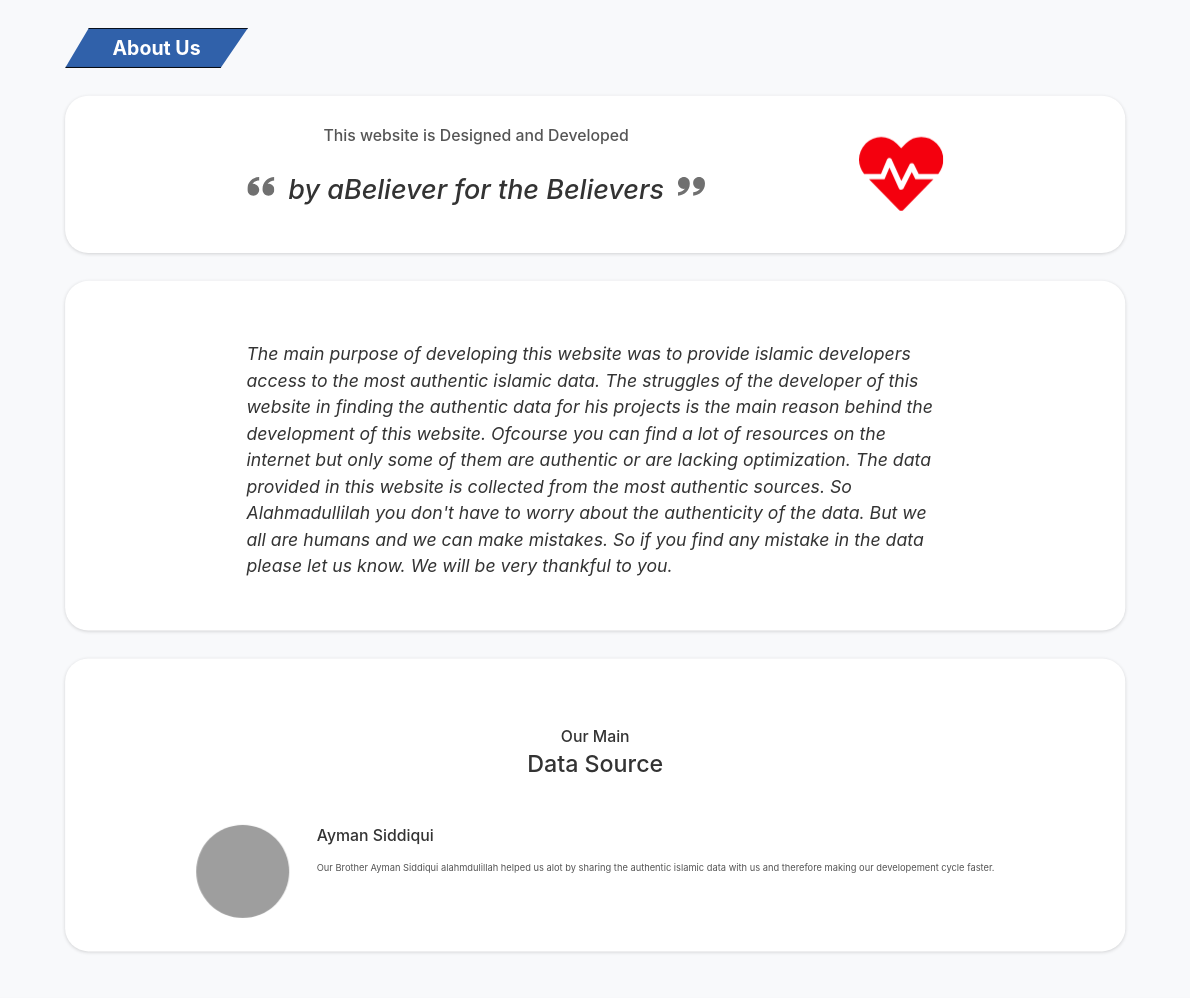
Repository: SpicierEwe/islamic-dev-repo
Page: /legal/about_us
The author's editor kept a copy of each file at every save. The page is drawn from the files as they stood at one save, then again after the next save.
The browser window is 1280 px wide. The pictures show the whole page, at 93% of full size.
Pictures or frames that could not be fetched are drawn as grey boxes. The project was rebuilt for these pictures with package versions that can differ from the ones it lists, and the page was loaded fresh each time. The framework's server and built-in components were replaced by stand-ins that run in the browser. Also part of the build but not shown: next.config.js.

Above is the page before, as saved 2022-09-16 20:20:50.

### pages/_app.js
import "../styles/globals.css";
import { DataContextProvider } from "../store/data_context";

function MyApp({ Component, pageProps }) {
  return (
    <DataContextProvider>
      <Component {...pageProps} />
    </DataContextProvider>
  );
}

export default MyApp;

### pages/legal/about_us.js
import AboutUs from "../../components/legal/about_us/about_us";

export default function Legal() {
  return (
    <div>
      <AboutUs></AboutUs>
    </div>
  );
}

### styles/globals.css
html,
body,
div,
span,
applet,
object,
iframe,
h1,
h2,
h3,
h4,
h5,
h6,
p,
blockquote,
pre,
a,
abbr,
acronym,
address,
big,
cite,
code,
del,
dfn,
em,
img,
ins,
kbd,
q,
s,
samp,
small,
strike,
strong,
sub,
sup,
tt,
var,
b,
u,
i,
center,
dl,
dt,
dd,
ol,
ul,
li,
fieldset,
form,
label,
legend,
table,
caption,
tbody,
tfoot,
thead,
tr,
th,
td,
article,
aside,
canvas,
details,
embed,
figure,
figcaption,
footer,
header,
hgroup,
menu,
nav,
output,
ruby,
section,
summary,
time,
mark,
audio,
video {
  margin: 0;
  padding: 0;
  border: 0;
  vertical-align: baseline;
}
/* HTML5 display-role reset for older browsers */
article,
aside,
details,
figcaption,
figure,
footer,
header,
hgroup,
menu,
nav,
section {
  display: block;
}
body {
  line-height: 1;
}
ol,
ul {
  list-style: none;
}
blockquote,
q {
  quotes: none;
}
blockquote:before,
blockquote:after,
q:before,
q:after {
  content: "";
  content: none;
}
table {
  border-collapse: collapse;
  border-spacing: 0;
}

/*

 ////////////////////////////////////////////////////////////////////////////from here are the styles
 //////////////////////////////////////////////////////////////////////////

*/

:root {
  --complementary-blue: #0077b6;
  --heading_black: #080808;
}

html {
  font-size: 62.5%;
}

html,
body {
  padding: 0;
  margin: 0;
  /* font-family: "Roboto", "Open Sans", sans-serif, -apple-system,
    BlinkMacSystemFont, Segoe UI, Roboto, Oxygen, Ubuntu, Cantarell, Fira Sans,
    Droid Sans, Helvetica Neue, sans-serif; */

  font-family: -apple-system, BlinkMacSystemFont, Segoe UI, Roboto, Oxygen,
    Ubuntu, Cantarell, Fira Sans, Droid Sans, Helvetica Neue, sans-serif;
  font-weight: 400;
  line-height: 1;
  color: #555;
  box-sizing: border-box;

  background-color: #f8f9fb;

  /* will make the website unselectable/copyable */
  /* -webkit-touch-callout: none;
  -webkit-user-select: none;
  -khtml-user-select: none;
  -moz-user-select: none;
  -ms-user-select: none;
  user-select: none; */
}

a {
  color: inherit;
  text-decoration: none;
}

* {
  box-sizing: border-box;
}

### store/data_context.js
import { createContext, useState } from "react";

const DataContext = createContext({
  db: [],
  downlodable_data: [],
  globaliseDataFunction: (data) => {},
  globaliseDownloadableData: (data) => {},
});

export function DataContextProvider(props) {
  const [db, setDb] = useState([]);
  const [downlodableData, setdownlodableData] = useState([]);

  // globalize db
  function globaliseData(data) {
    /// will update the data
    setDb(data);
  }

  // globalize db
  function globaliseDownloadableData(data) {
    /// will update the data
    setdownlodableData(data);
  }

  const context = {
    db: db,
    downlodable_data: downlodableData,
    globaliseDataFunction: globaliseData,
    globaliseDownloadableData: globaliseDownloadableData,
  };

  return (
    <DataContext.Provider value={context}>
      {props.children}
    </DataContext.Provider>
  );
}

export default DataContext;

### components/legal/about_us/about_us.js
import styles from "./about_us.module.css";
import Image from "next/image";
import { ImQuotesLeft, ImQuotesRight } from "react-icons/im";
import { FaHeartbeat } from "react-icons/fa";

export default function AboutUs(props) {
  return (
    <div className={styles.bg}>
      <h1 className={styles.page_title}>About Us</h1>
      <div className={styles.container_development}>
        <div>
          <p className={styles.intro}>This website is Designed and Developed</p>
          <blockquote>
            <h3 className={styles.quote}>
              <ImQuotesLeft color="#707070" style={{ marginRight: "1.5rem" }} />
              by aBeliever for the Believers
              <ImQuotesRight color="#707070" style={{ marginLeft: "1.5rem" }} />
            </h3>
          </blockquote>
        </div>
        <div className={styles.heart_icon}>
          <FaHeartbeat size="9rem" color="f4000e" />
        </div>
      </div>
      <div className={styles.container_development}>
        <p className={styles.summary}>
          The main purpose of developing this website was to provide islamic
          developers access to the most authentic islamic data. The struggles of
          the developer of this website in finding the authentic data for his
          projects is the main reason behind the development of this website.
          Ofcourse you can find a lot of resources on the internet but only some
          of them are authentic or are lacking optimization. The data provided
          in this website is collected from the most authentic sources. So
          Alahmadullilah you don&apos;t have to worry about the authenticity of
          the data. But we all are humans and we can make mistakes. So if you
          find any mistake in the data please let us know. We will be very
          thankful to you.
        </p>
      </div>

      <div
        className={`${styles.container_development} ${styles.container_data_source}`}
      >
        <p className={styles.source_title}>
          <span className={styles.head_half}> Our Main</span>
          <br></br> Data Source
        </p>
        {/* data resource description */}
        <div className={styles.resourcer_container}>
          <div>
            <Image
              className={styles.resourcer_image}
              src={
                "https://thumbs.dreamstime.com/b/sheikh-icon-flat-style-isolated-white-background-arab-emirates-symbol-stock-vector-illustration-91220453.jpg"
              }
              height="100%"
              width="100%"
              // layout="fill"
              alt="Sheikh"
            ></Image>
          </div>
          <div>
            <p className={styles.name}>Ayman Siddiqui</p>
            <p>
              Our Brother Ayman Siddiqui alahmdulillah helped us alot by sharing
              the authentic islamic data with us and therefore making our
              developement cycle faster.
            </p>
          </div>
        </div>
      </div>
    </div>
  );
}

### components/legal/about_us/about_us.module.css
.bg {
  /* background-color: red; */
  max-width: 120rem;
  padding: 0 3rem;
  margin: 0 auto;
  padding-bottom: 5rem;
}

.page_title {
  margin-top: 3rem;
  display: inline-block;
  clip-path: polygon(13% 0, 100% 0%, 85% 100%, 0% 100%);
  background-color: #3061aa;
  color: white;
  border: 1px solid black;
  padding: 1rem 5rem;
  font-size: 2.1rem;
}

.container_development {
  justify-content: center;
  align-items: center;
  display: flex;
  border-radius: 2.5rem;
  margin-top: 3rem;
  background-color: white;
  padding: 3.5rem 3rem;
  box-shadow: rgba(0, 0, 0, 0.16) 0px 1px 4px;
  justify-content: space-evenly;
}

.intro {
  text-align: center;
  font-weight: 500;
  color: #555;
  font-size: 1.7rem;
}

.quote {
  margin-top: 3rem;
  color: #333;
  font-weight: 500;
  font-size: 2.9rem;
  font-style: italic;
  padding-bottom: 1.9rem;
  text-align: center;
}

/* heart icon */
.heart_icon {
  animation: heartBeat 1.5s infinite;
}

/* heart icon animation */
@keyframes heartBeat {
  0% {
    transform: scale(1);
  }
  20% {
    transform: scale(1.1);
  }
  40% {
    transform: scale(1);
  }
  60% {
    transform: scale(1.1);
  }
  80% {
    transform: scale(1);
  }
  100% {
    transform: scale(1);
  }
}

.summary {
  margin-top: 3rem;
  max-width: 75rem;

  line-height: 1.5;
  color: #333;
  font-size: 1.9rem;
  font-style: italic;
  padding-bottom: 1.9rem;
}

.source_title {
  margin-top: 3rem;
  color: #333;
  font-weight: 500;
  font-size: 2.5rem;
  line-height: 1.3;
  /* font-style: italic; */
  padding-bottom: 1.9rem;
  text-align: center;
}

.head_half {
  font-size: 1.7rem;
}

.container_data_source {
  flex-direction: column;
}

/* resourcer classes */

.resourcer_container {
  padding: 0 5rem;
  display: flex;
  justify-content: center;
  margin-top: 3rem;
  column-gap: 3rem;
}

.resourcer_image {
  width: 100%;
  height: 100%;
  object-fit: cover;
  border-radius: 50%;
}

.name {
  font-weight: 500;
  font-size: 1.7rem;
  line-height: 1.3;
  color: #333;
  padding-bottom: 1.9rem;
}

/* media query */
@media (max-width: 768px) {
  .container_development {
    flex-direction: column;
    row-gap: 1.5rem;
  }
  .resourcer_container {
    flex-direction: column;
    justify-content: center;
    align-items: center;
    row-gap: 2.5rem;
  }
  .name {
    text-align: center;
  }
}

After the next save:
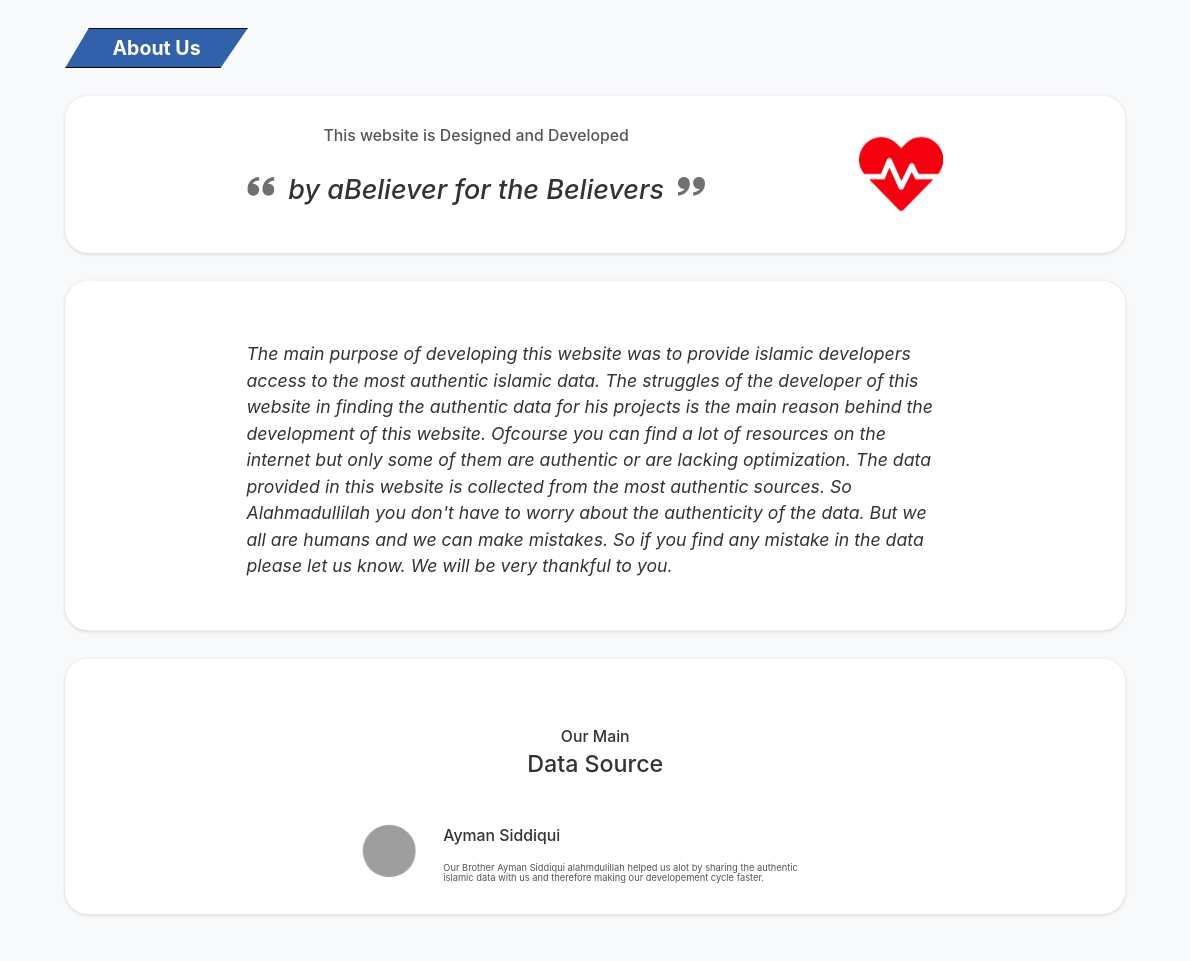
Saved 12 s later.
--- a/components/legal/about_us/about_us.module.css
+++ b/components/legal/about_us/about_us.module.css
@@ -106,7 +106,7 @@
 /* resourcer classes */
 
 .resourcer_container {
-  padding: 0 5rem;
+  max-width: 50rem;
   display: flex;
   justify-content: center;
   margin-top: 3rem;
